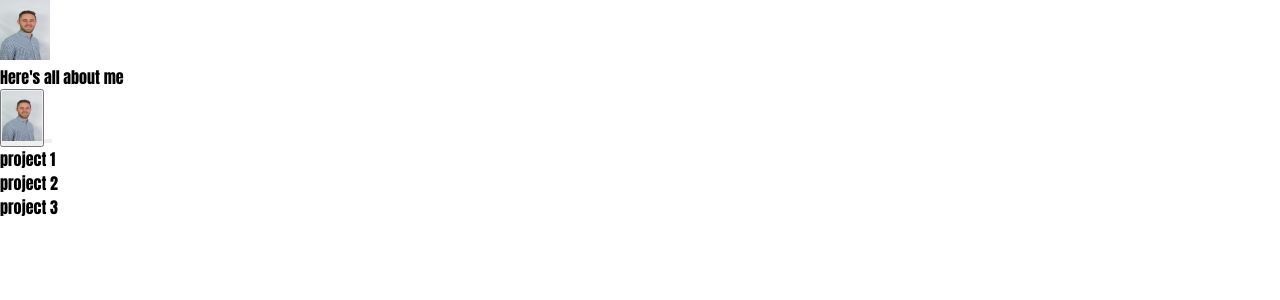
Repository: Kobramall/portfolio-project
Page: /portfolio
An editor plug-in stored every save of this project. The page is shown before and after the next save, followed by the edit.
The browser window is 1280 px wide. The pictures show the whole page.
The project was rebuilt for these pictures with package versions that can differ from the ones it lists, and the page was loaded fresh each time. Also part of the build but not shown: src/App.css, src/componets/Main.jsx. Imported but missing from the stored project, and not drawn on this page: src/assets/Landscape.mov.

Above is the page before, as saved 2022-11-01 15:15:02.

After the next save:
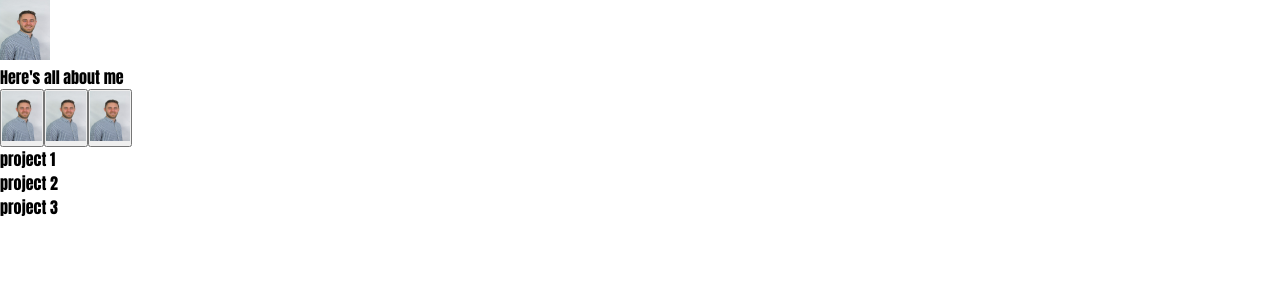
Saved 31 s later.
--- a/src/componets/Portfolio.jsx
+++ b/src/componets/Portfolio.jsx
@@ -11,8 +11,8 @@ const Portfolio = () =>{
             </div>
             <div className='projectLinks'>
                     <a href="https://github.com/Kobramall" ><button><img src={Img} alt="filler pics" width="40" height="50"/></button></a>
-                    <button><link rel="stylesheet" href="" /></button>
-                    <button><link rel="stylesheet" href="" /></button>
+                    <a href="https://github.com/Kobramall" ><button><img src={Img} alt="filler pics" width="40" height="50"/></button></a>
+                    <a href="https://github.com/Kobramall" ><button><img src={Img} alt="filler pics" width="40" height="50"/></button></a>
             </div>
             <div className='projectDes'>
                    <p>project 1</p>
